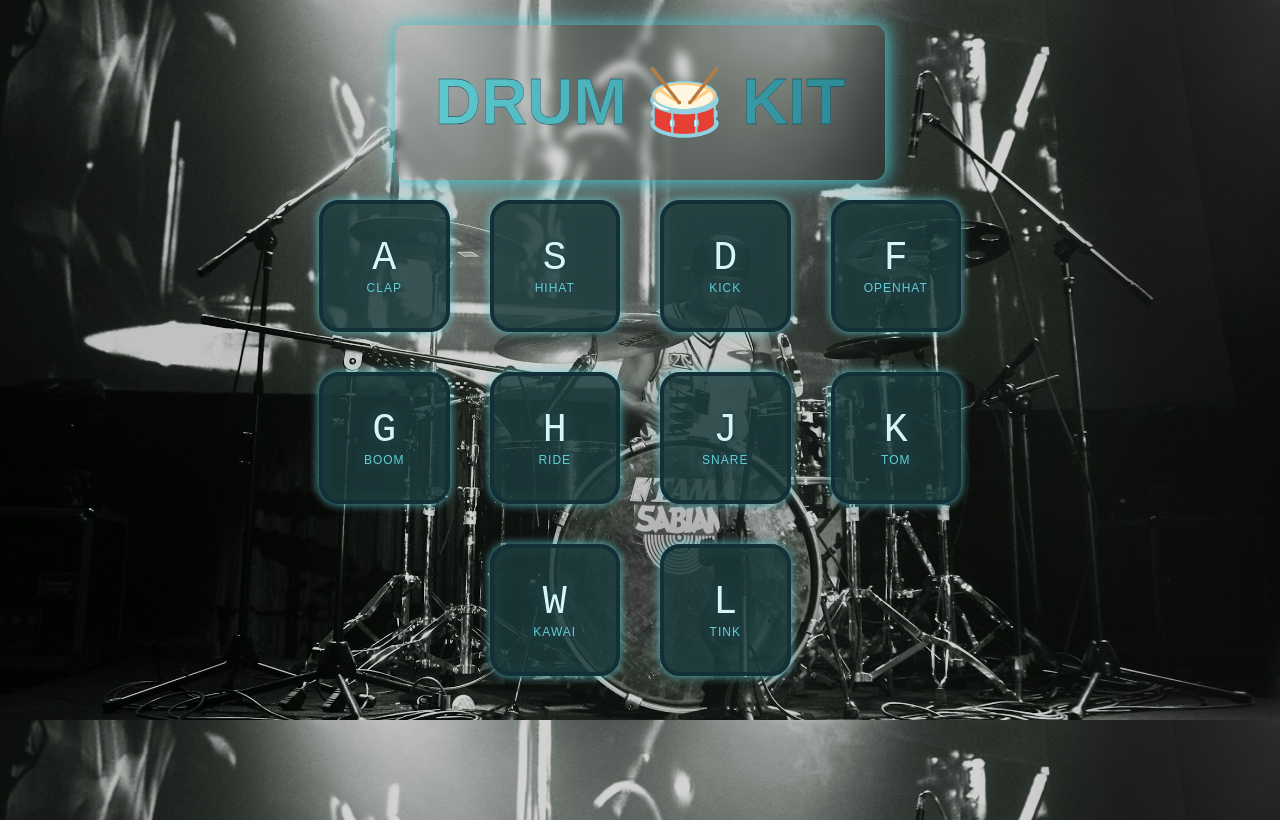
Repository: Freezler/drumkitJS
Page: index.html
An editor plug-in stored every save of this project. The page is shown before and after the next save, followed by the edit.
The browser window is 1280 px wide. The pictures show the whole page.
Backgrounds fixed to the window are drawn as part of the page.

Above is the page before, as saved 2024-08-24 11:22:53.
Console error: ReferenceError: key is not defined

### index.html
<!DOCTYPE html>
<html lang="en">

<head>
  <meta charset="UTF-8">
  <title>JS Drum Kit</title>
  <link rel="stylesheet" href="style.css">
  <link rel="icon" href="https://fav.farm/🔥" />
</head>

<body>
  <main>

    <h1>Drum 🥁 Kit</h1>

    <div class="keys">
      <div data-key="65" class="key">
        <kbd>A</kbd>
        <span class="sound">clap</span>
      </div>
      <div data-key="83" class="key">
        <kbd>S</kbd>
        <span class="sound">hihat</span>
      </div>
      <div data-key="68" class="key">
        <kbd>D</kbd>
        <span class="sound">kick</span>
      </div>
      <div data-key="70" class="key">
        <kbd>F</kbd>
        <span class="sound">openhat</span>
      </div>
      <div data-key="71" class="key">
        <kbd>G</kbd>
        <span class="sound">boom</span>
      </div>
      <div data-key="72" class="key">
        <kbd>H</kbd>
        <span class="sound">ride</span>
      </div>
      <div data-key="74" class="key">
        <kbd>J</kbd>
        <span class="sound">snare</span>
      </div>
      <div data-key="75" class="key">
        <kbd>K</kbd>
        <span class="sound">tom</span>
      </div>
      <div data-key="76" class="key">
        <kbd>L</kbd>
        <span class="sound">tink</span>
      </div>
      <div data-key="87" class="key">
        <kbd>W</kbd>
        <span class="sound">kawai</span>
      </div>
    </div>
  </main>

  <audio data-key="65" src="sounds/clap.wav"></audio>
  <audio data-key="83" src="sounds/hihat.wav"></audio>
  <audio data-key="68" src="sounds/kick.wav"></audio>
  <audio data-key="70" src="sounds/openhat.wav"></audio>
  <audio data-key="71" src="sounds/boom.wav"></audio>
  <audio data-key="72" src="sounds/ride.wav"></audio>
  <audio data-key="74" src="sounds/snare.wav"></audio>
  <audio data-key="75" src="sounds/tom.wav"></audio>
  <audio data-key="76" src="sounds/tink.wav"></audio>
  <audio data-key="87" src="sounds/kawai.wav"></audio>


  <script>
    function removeTransition(event) {
      const { propertyName } = event;
      if (propertyName !== 'transform') return;
      event.target.classList.remove('playing');
    }

    function playSound(event) {
      const keyCode = event.type === 'keydown' ? event.keyCode : this.getAttribute('data-key');
      const audio = document.querySelector(`audio[data-key="${keyCode}"]`);
      const key = document.querySelector(`.key[data-key="${keyCode}"]`);
      if (!audio) return;
      key.classList.add('playing');
      audio.currentTime = 0;
      audio.play();
    }

    window.addEventListener('keydown', playSound);

    const keys = document.querySelectorAll('.key');
    keys.forEach(key => {
      key.addEventListener('transitionend', removeTransition);
      key.addEventListener('click', playSound);
    });
    key.addEventListener('touchstart', function (event) {
      event.preventDefault();  // Prevent default touch behavior
      playSound.call(this, event);
    });
  </script>


</body>

</html>

### style.css
:root {
  --000: #f0fbfa;
  --100: #d8f5f5;
  --200: #b5eaec;
  --300: #63cfd5;
  --400: #48bfc8;
  --500: #2da2ad;
  --600: #288492;
  --700: #266b78;
  --800: #275963;
  --900: #254a54;
  --950: #133039;
}

html {
  font-size: 10px;
  background: url('./background2.jpg') bottom center;
  background-color: var(--600);
  background-size: cover;
  background-attachment: fixed;
  background-position: center center;
  background-repeat: no-repeat;
  max-height: 100vh;
  user-select: none;
}

body,
html {
  margin: 0;
  padding: 0;
  font-family: sans-serif;
}

h1 {
  padding: 4rem;
  margin: 0;
  text-align: center;
  background-image: linear-gradient(90deg, var(--300) 0%, var(--600) 100%);
  box-shadow:1px 1px 18px 2px var(--400);
  border-radius:12px;
  color: transparent;
  background-clip: text;
  -webkit-background-clip: text;
  text-transform: uppercase;
  font-size: clamp(6rem, 5vw, 10rem);
  backdrop-filter: blur(4px);
  -webkit-text-stroke: 0.3px var(--950);
  text-wrap: balance;
}

main {
  place-self: center;
  display: grid;
  place-items: center;
  height: 100vh;
  place-content: center;
  text-align: center;
  width: 100vw;
  transition: all 0.07s;
  padding-bottom: 10rem;
}

.keys {
  display: grid;
  grid-row: auto;
  grid-template-columns: repeat(2, 1fr);
  width: fit-content;


  width: fit-content;
  text-align: center;
  transition: all 0.03s;
  place-items: center;

  .key[data-key="87"] {
    place-content: center;
    grid-column: 2;
    grid-row: 4;
  }

}

.key {
  border: .4rem solid var(--950);
  border-radius: 2rem;
  margin: 2rem;
  font-size: 48px;
  padding: .2rem .125rem;
  transition: all .07s ease;

  width: 12rem;
  height: 12rem;
  display: grid;
  place-items: center;
  place-content: center;

  text-align: center;
  color: var(--100);
  filter: drop-shadow(0 0 .5rem var(--300));
  text-shadow: 0 0 .5rem var(--950);
  background: #01010199;
}

@media screen and (min-width: 1000px) {
  .keys {
    grid-template-columns: repeat(4, 1fr);
    .key[data-key="87"] {
      place-content: center;
      grid-column: 2;
      grid-row: 3;
    }
    .key[data-key="76"] {
      place-content: center;
      grid-column: 3;
      grid-row: 3;
    }
    .key[data-key="75"] {
      place-content: center;
      grid-column: 4;
      grid-row: 2;
    }


  }

}


@media screen and (max-width: 960px) {
  .keys {
    grid-template-columns: repeat(3, 1fr);
    /* Wrap into 3 columns on medium screens */
    .key[data-key="87"] {
      place-content: center;
      grid-column: 2;
      grid-row: 5
    }
  }
}

@media screen and (max-width: 720px) {
  main{
    margin-top: 10rem;
    min-height: 80vh;
    width: 100%;
  }
  .keys {
    padding-bottom: 5rem;
    grid-template-columns: repeat(2, 1fr);
    /* Wrap into 2 columns on small screens */

  }
  .key[data-key="87"] {
    place-content: center;
    grid-column: 2;
    grid-row: 5
  }
  .key[data-key="76"] {
    place-content: center;
    grid-column: 2;
    grid-row: 4;
  }
  .key[data-key="75"] {
    place-content: center;
    grid-column: 2;
    grid-row: 3;
  }
}

@media screen and (max-width: 360px) {
  .keys {
    grid-template-columns: repeat(1, 1fr);
    /* Wrap into 1 column on small screens */
    min-height: 80vh;
  }

  .key[data-key="87"] {
    place-content: center;
    grid-column: 2;
    grid-row: 3;
  }
  .key[data-key="76"] {
    place-content: center;
    grid-column: 3;
    grid-row: 3;
  }
  .key[data-key="75"] {
    place-content: center;
    grid-column: 4;
    grid-row: 2;
  }
}



.playing {
  transform: scale(1.1);
  border-color: var(--400);
  box-shadow: 0 0px 1git 4px 0px var(--300);
}

kbd {
  display: block;
  font-size: 4rem;
}

.sound {
  font-size: 1.2rem;
  text-transform: uppercase;
  letter-spacing: .1rem;
  color: var(--300);
}

After the next save:
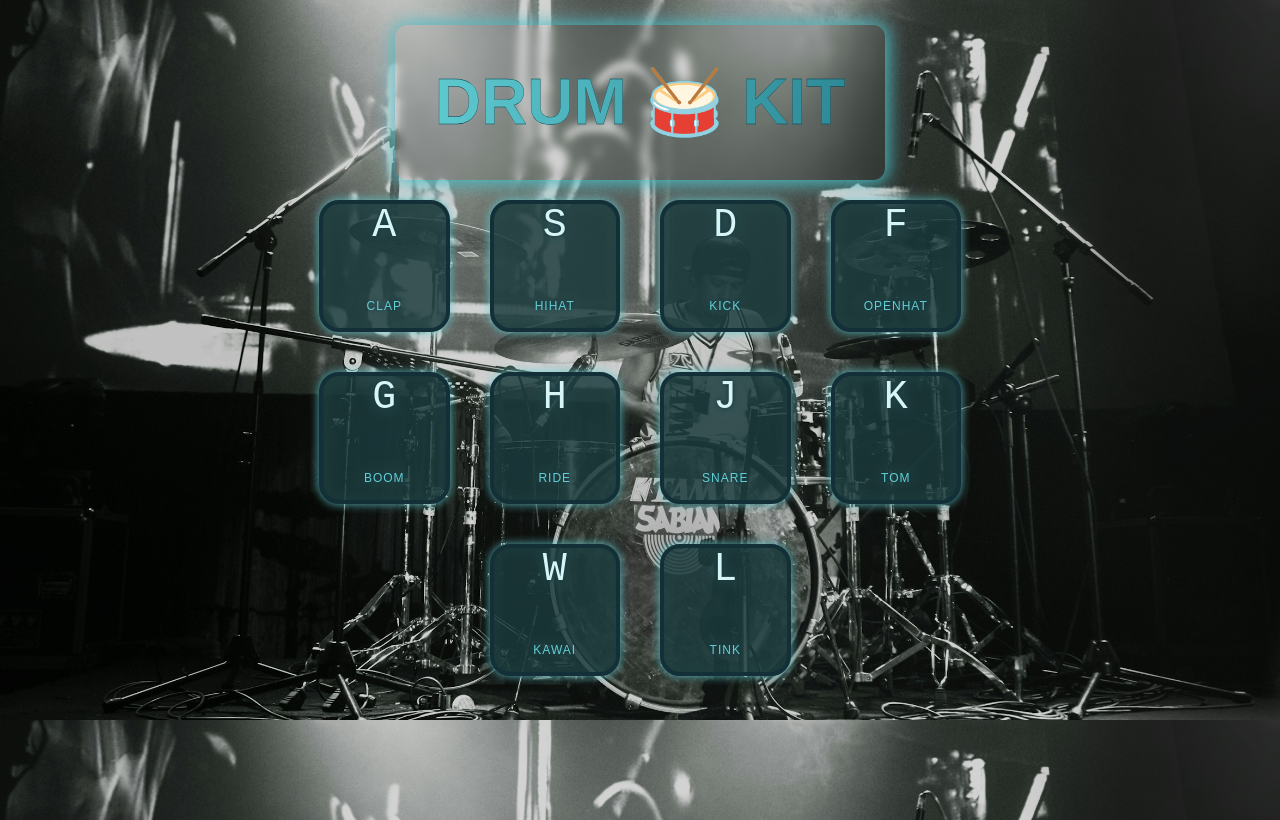
Saved 25 s later.
--- a/style.css
+++ b/style.css
@@ -84,7 +84,8 @@
   border: .4rem solid var(--950);
   border-radius: 2rem;
   margin: 2rem;
-  font-size: 48px;
+  font: size 6rem;
+  line-height: 8rem;
   padding: .2rem .125rem;
   transition: all .07s ease;
 

After the save that followed:
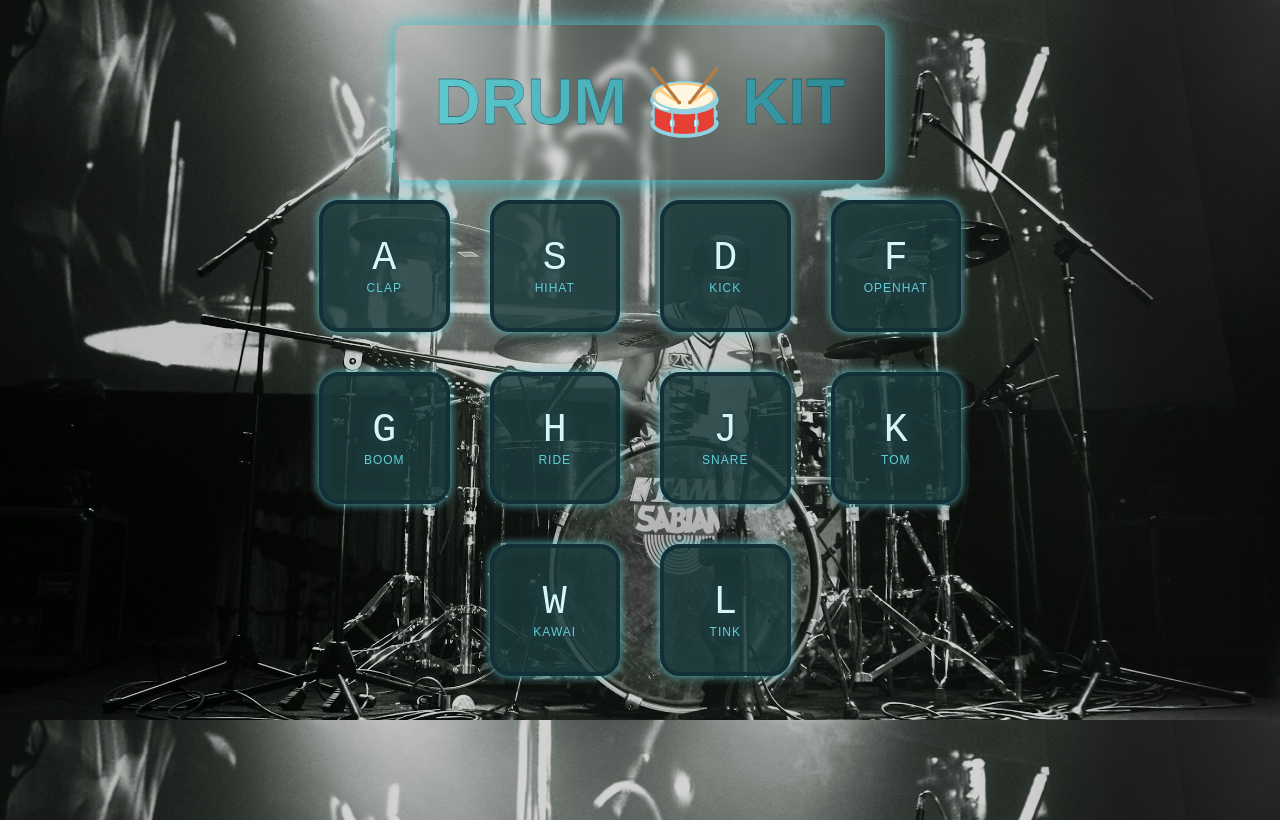
Saved 5 s later.
--- a/style.css
+++ b/style.css
@@ -85,7 +85,7 @@
   border-radius: 2rem;
   margin: 2rem;
   font: size 6rem;
-  line-height: 8rem;
+
   padding: .2rem .125rem;
   transition: all .07s ease;
 
